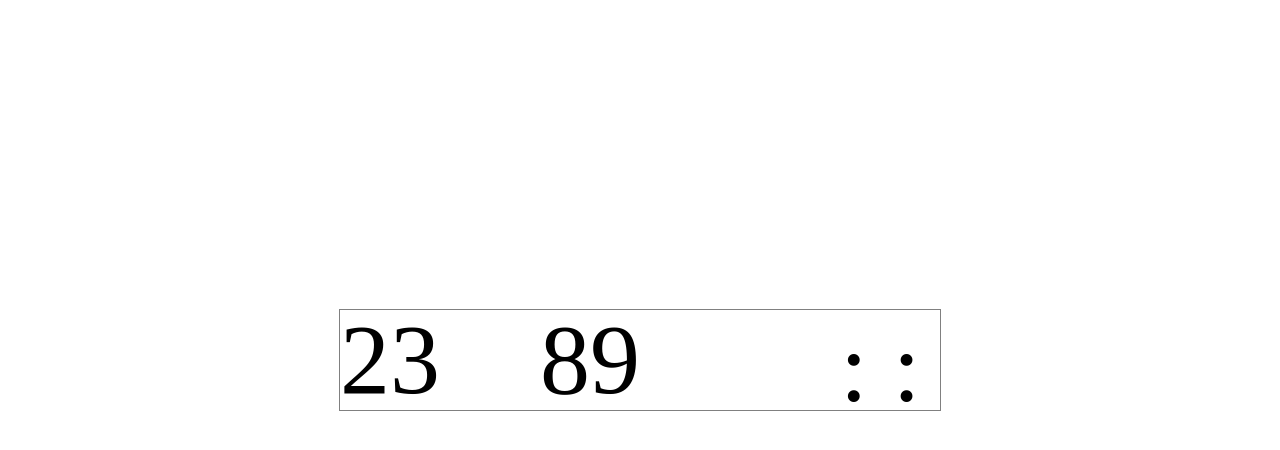
Repository: cbtpro/javascript
Page: src/animation-time/index.html
These files come from the project's save history. The page is drawn as it stood at one moment and after the next save; the edit follows.
The browser window is 1280 px wide. The pictures show the whole page.

Above is the page before, as saved 2023-04-05 17:45:05.

### src/animation-time/index.html
<!DOCTYPE html>
<html lang="zh" dir="ltr">

<head>
  <meta charset="utf-8">
  <title>动画时间</title>
  <style type="text/css">
    * {
      margin: 0;
      padding: 0;
    }
    html,
    body {
      margin: 0;
    }

    .container {
      position: absolute;
      font-size: 100px;
      top: 50%;
      left: 50%;
      width: 6em;
      height: 1em;
      transform: translate(-50%, -50%);
      border: 1px gray solid;
      overflow: hidden;
    }

    .time-block {
      float: left;
      position: relative;
      width: 1em;
      line-height: 1em;
      text-align: center;
      word-wrap: break-word;
      transition: top 0.5s;
    }
  </style>
  <script type="text/javascript">
    /**
    * 生成安全随机数
    * @param {*} min 最小值（包含）
    * @param {*} max 最大值（包含）
    * @param {*} isFloat 是否带小数
    * @returns {number} 范围内随机数
    */
    const random = function (min = 0, max = 100, isFloat = false) {
      const array = new Uint32Array(1)
      const maxUint = 0xffffffff
      const randomNumber = crypto.getRandomValues(array)[0] / maxUint
      const randomRangeValue = (max - min + 1) * randomNumber + min
      return isFloat ? randomRangeValue : Math.floor(randomRangeValue)
    }
    // window.onload = () => {
    //   let timeBlocks = document.querySelectorAll('.time-block')
    //   setInterval(() => {
    //     let now = new Date()
    //     let timeStr = `${now.getHours()}${now.getMinutes()}${now.getSeconds()}`
    //     Array.from(timeStr, (num, i) => {
    //       let n = Number(num);
    //       timeBlocks.item(i).style.top = -83 * n + 'px';
    //     })
    //   }, 1000)
    // }
    const tick = (timeBlocks) => {
      let now = new Date()
      let timeStr = `${now.getHours()}${now.getMinutes()}${now.getSeconds()}`
      console.log(timeStr);
      Array.from(timeStr, (num, i) => {
        let n = Number(num);
        timeBlocks.item(i).style.top = -1 * n + 'em';
      })
    }
    const start = () => {
      let timeBlocks = document.querySelectorAll('.time-block')
      window.setTimeout(() => {
        tick(timeBlocks);
        start();
      }, 1000)
    };
    window.onload = () => {
      start();
    }
  </script>
</head>

<body>
  <div class="container">
    <div class="time-block">0123456789</div>
    <div class="time-block">0123456789</div>:
    <div class="time-block">0123456789</div>
    <div class="time-block">0123456789</div>:
    <div class="time-block">0123456789</div>
    <div class="time-block">0123456789</div>
  </div>
</body>

</html>

After the next save:
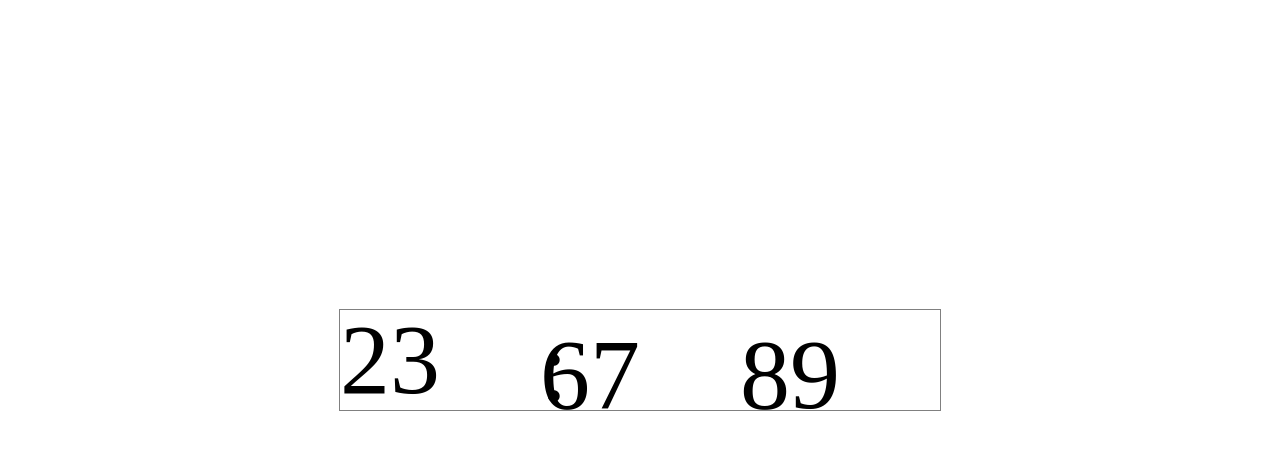
Saved 14 s later.
--- a/src/animation-time/index.html
+++ b/src/animation-time/index.html
@@ -87,9 +87,10 @@
 <body>
   <div class="container">
     <div class="time-block">0123456789</div>
-    <div class="time-block">0123456789</div>:
     <div class="time-block">0123456789</div>
-    <div class="time-block">0123456789</div>:
+    <div>:</div>
+    <div class="time-block">0123456789</div>
+    <div class="time-block">0123456789</div>
     <div class="time-block">0123456789</div>
     <div class="time-block">0123456789</div>
   </div>
